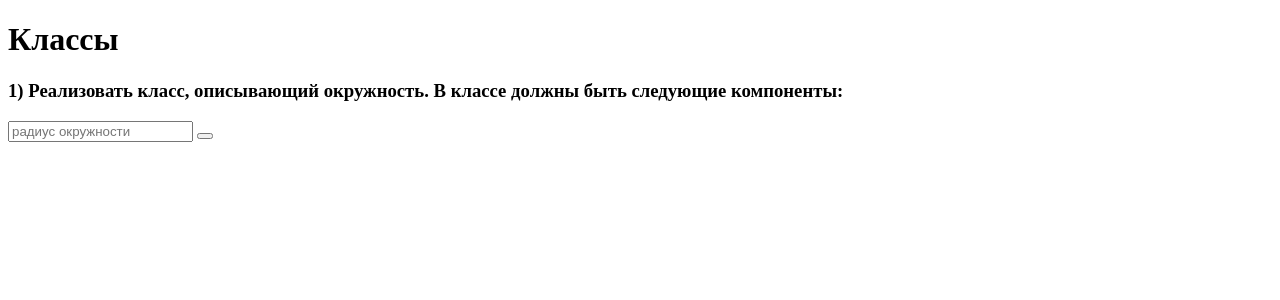
Repository: NastyaGavrilova/Beetroot-js
Page: HW6/index.html
An editor plug-in stored every save of this project. The page is shown before and after the next save, followed by the edit.
The browser window is 1280 px wide. The pictures show the whole page.

Above is the page before, as saved 2021-10-24 16:41:43.

### HW6/index.html
<!DOCTYPE html>
<html lang="en">
  <head>
    <meta charset="UTF-8" />
    <meta http-equiv="X-UA-Compatible" content="IE=edge" />
    <meta name="viewport" content="width=device-width, initial-scale=1.0" />
    <title>Classes</title>
  </head>
  <body>
    <h1>Классы</h1>
    <section class="c-task1">
      <div class="c-task1__wrapper">
        <div class="c-task1__title">
          <h3 class="e-title">
            1) Реализовать класс, описывающий окружность. В классе должны быть
            следующие компоненты:
          </h3>
        </div>
        <div class="-task1__paragraph">
          <p class="e-paragraph"></p>
        </div>
        <form action="#" class="c-task1__form" method="get">
          <div class="c-form__wrapper">
            <input
              type="number"
              id="js-task1-input1"
              placeholder="радиус окружности"
            />
            <button id="js-task1-btn1"></button>
          </div>
        </form>
      </div>
    </section>
  </body>
</html>

After the next save:
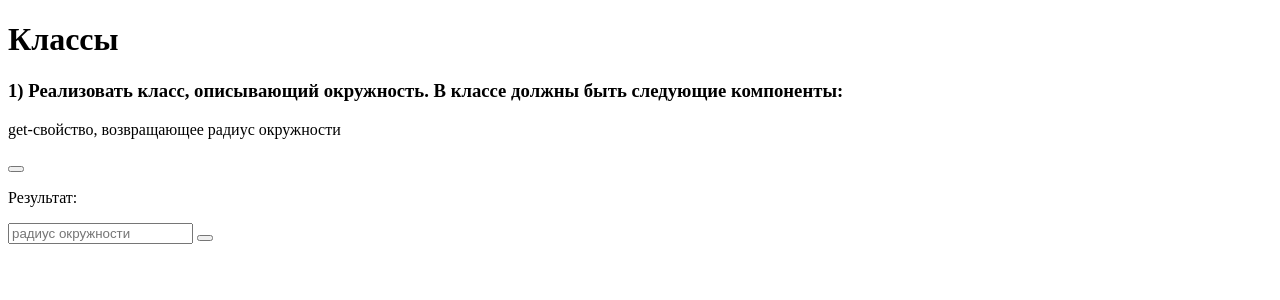
Saved 64 s later.
--- a/HW6/index.html
+++ b/HW6/index.html
@@ -17,7 +17,15 @@
           </h3>
         </div>
         <div class="-task1__paragraph">
-          <p class="e-paragraph"></p>
+          <p class="e-paragraph">
+            get-свойство, возвращающее радиус окружности
+          </p>
+        </div>
+        <button id="js-task1-btn1"></button>
+        <div class="-task1__paragraph">
+          <p class="e-paragraph">
+            Результат: <span id="js-task1-span1"></span>
+          </p>
         </div>
         <form action="#" class="c-task1__form" method="get">
           <div class="c-form__wrapper">
@@ -26,7 +34,7 @@
               id="js-task1-input1"
               placeholder="радиус окружности"
             />
-            <button id="js-task1-btn1"></button>
+            <button id="js-task1-btn2"></button>
           </div>
         </form>
       </div>
